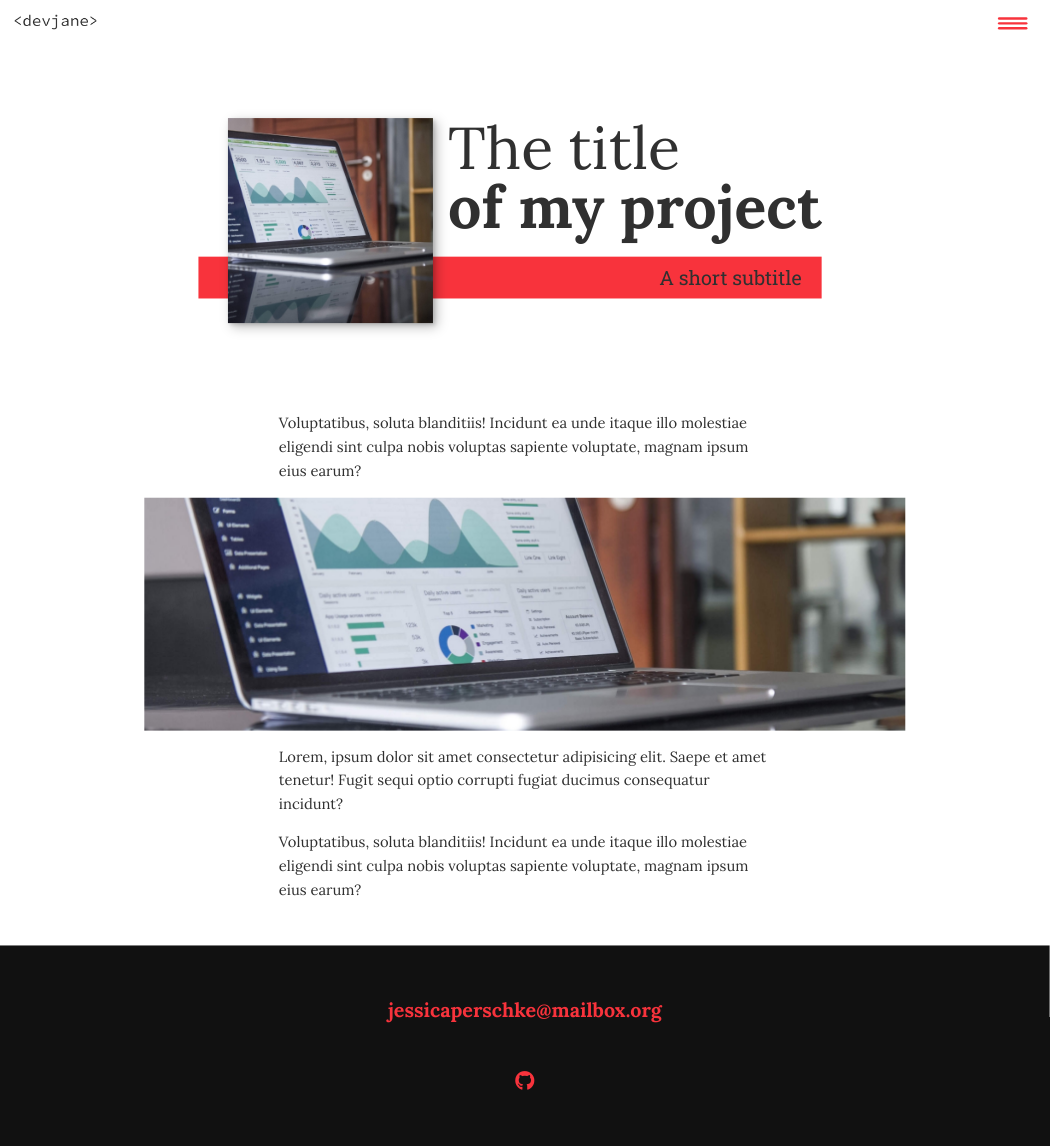
Repository: DinoDime/site
Page: portfolio-item2.html
These files come from the project's save history. The page is drawn as it stood at one moment and after the next save; the edit follows.
The browser window is 1280 px wide. The pictures show the whole page, at 82% of full size.
Some web libraries are served in a nearby version.

Above is the page before, as saved 2021-05-03 06:12:59.

After the next save:
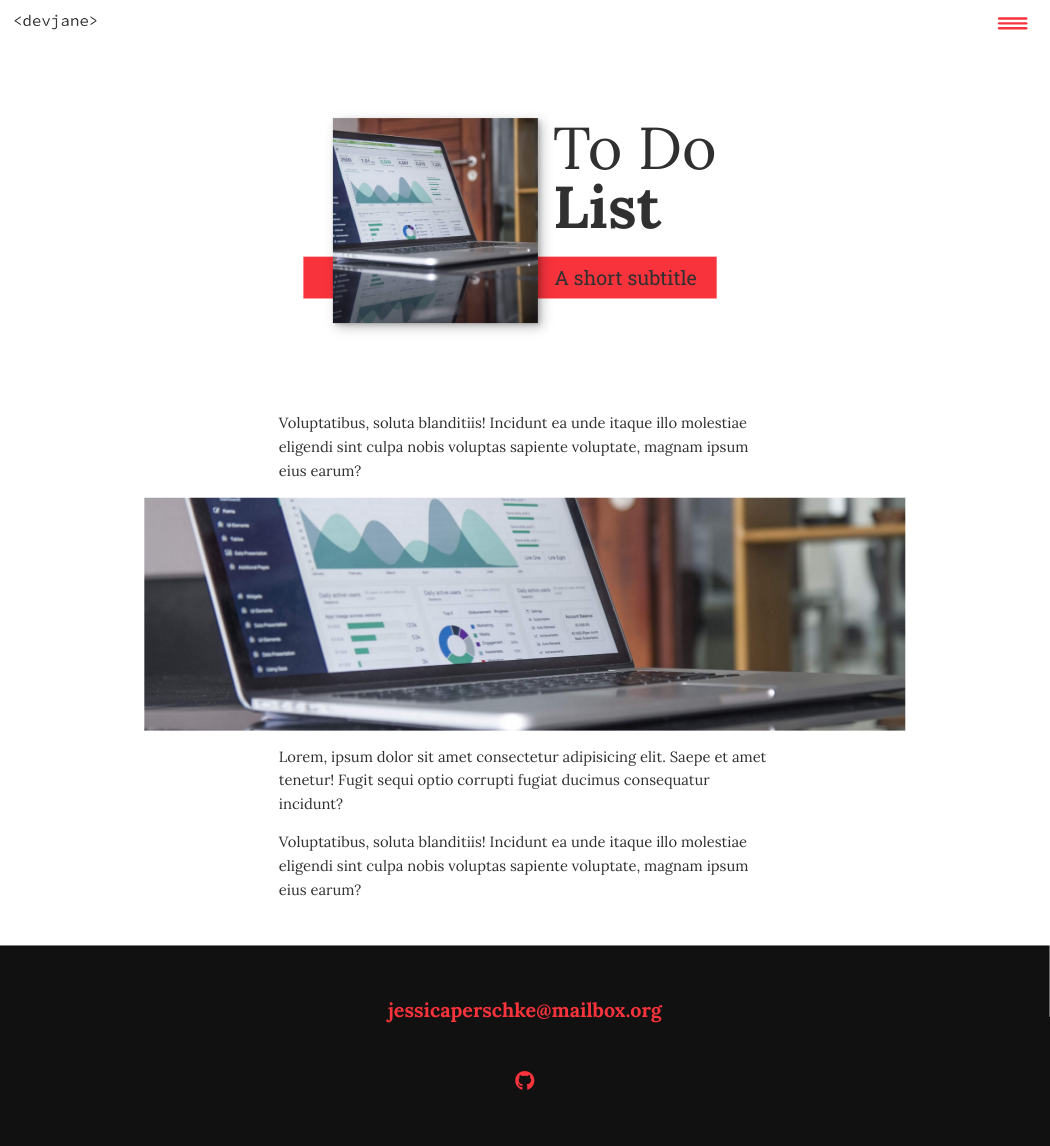
Saved 2 min 37 s later.
--- a/portfolio-item2.html
+++ b/portfolio-item2.html
@@ -56,7 +56,7 @@
 
     <section class="intro">
       <h1 class="section__title section__title--intro">
-        The title <strong>of my project</strong>
+        To Do <strong>List</strong>
       </h1>
       <p class="section__subtitle section__subtitle--intro">A short subtitle</p>
       <img src="img/portfolio-01.jpg" alt="" class="intro__img" />
